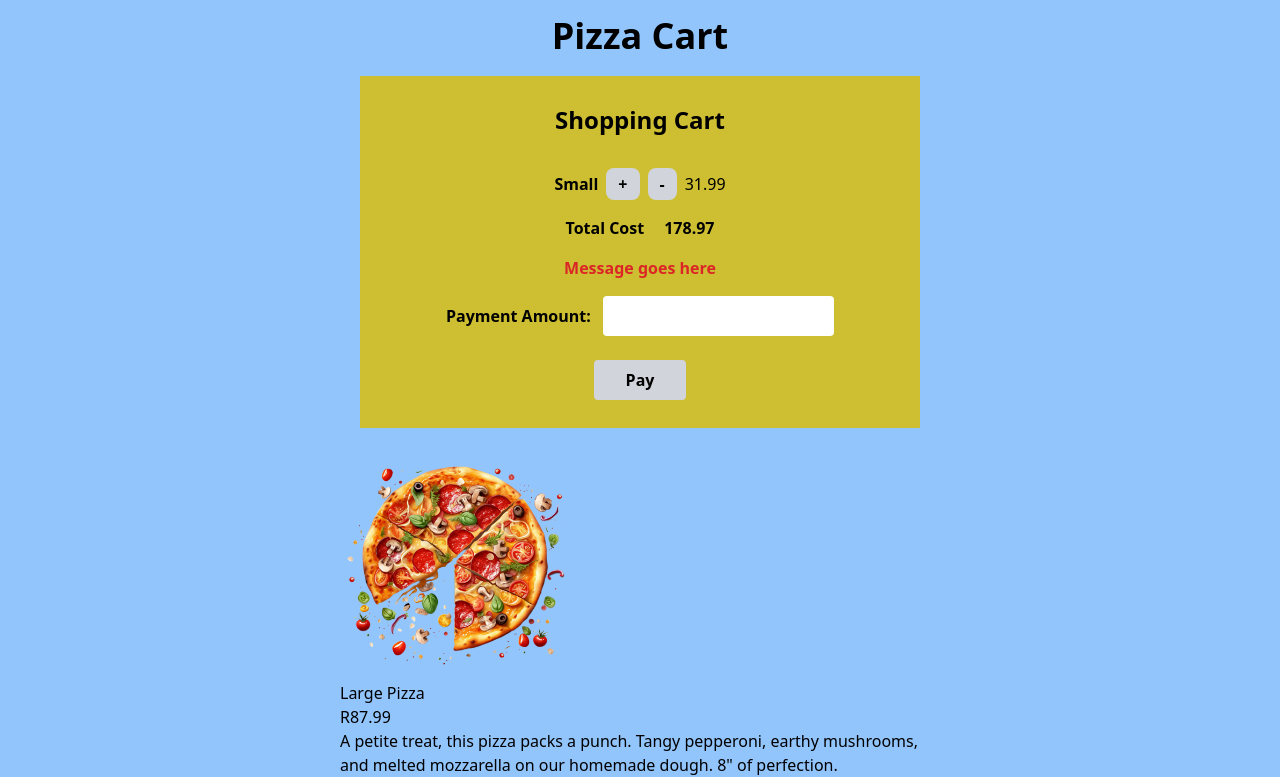
Repository: lasity34/pizza_cart
Page: index.html
An editor plug-in stored every save of this project. The page is shown before and after the next save, followed by the edit.
The browser window is 1280 px wide. The pictures show the whole page.
Some web libraries are served in a nearby version.

Above is the page before, as saved 2023-07-11 09:24:12.

### index.html
<!DOCTYPE html>
<html lang="en">
  <head>
    <meta charset="UTF-8" />
    <meta name="viewport" content="width=device-width, initial-scale=1.0" />
    <title>Pizza Cart</title>
    <script src="//unpkg.com/alpinejs" defer></script>
    <link
      href="https://cdn.jsdelivr.net/npm/tailwindcss@2.1.2/dist/tailwind.min.css"
      rel="stylesheet"
    />
    <link href="./style.css" rel="stylesheet" />
  </head>
  <body class="bg-blue-300">
    <section class="flex justify-center items-center">
      <h1 class="text-4xl pt-4 font-bold">Pizza Cart</h1>
    </section>
    <section
      class="shop-container m-5 p-7 flex justify-center items-center flex-col"
    >
      <h2 class="text-2xl mb-2 font-bold">Shopping Cart</h2>
      <div class="mt-6 flex flex-col items-center">
        <div class="flex items-center">
          <p class="font-bold mr-2">Small</p>
          <button
            class="bg-gray-300 hover:bg-gray-400 rounded-lg px-3 py-1 mr-2 font-bold"
          >
            +
          </button>
          <button
            class="bg-gray-300 hover:bg-gray-400 rounded-lg px-3 py-1 font-bold"
          >
            -
          </button>
          <p class="ml-2">31.99</p>
        </div>
        <div class="flex mt-4">
          <p class="font-bold">Total Cost</p>
          <p class="ml-5 font-bold">178.97</p>
        </div>
        <div class="mt-4">
          <p class="text-red-600 font-bold">Message goes here</p>
        </div>
        <div class="mt-4">
          <label class="font-bold">Payment Amount:</label>
          <input type="text" class="rounded ml-2 py-2" />
        </div>
        <div class="mt-6">
          <button
            class="bg-gray-300 hover:bg-gray-400 py-2 px-8 rounded font-bold"
          >
            Pay
          </button>
        </div>
      </div>
    </section>
    <section>
      <div class="pizza_lg">
        <img src="./pizza.png" />
        <h3>Large Pizza</h3>
        <h3>R87.99</h3>
        <p>
          A petite treat, this pizza packs a punch. Tangy pepperoni, earthy
          mushrooms, and melted mozzarella on our homemade dough. 8" of
          perfection.
        </p>
      </div>
    </section>
  </body>
</html>

### style.css

body {
    max-width: 600px;
    margin: 0 auto;
}

.shop-container {
    background-color: rgb(205, 190, 50);
}

After the next save:
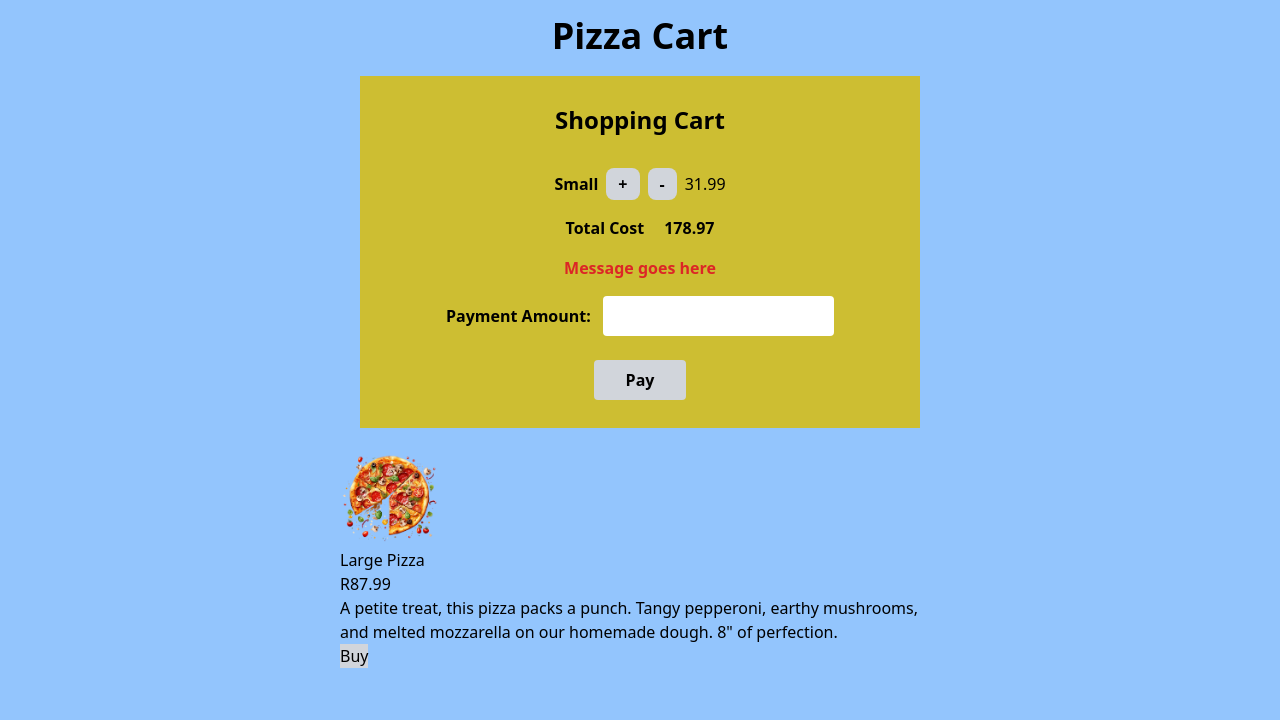
Saved 2 min 21 s later.
--- a/index.html
+++ b/index.html
@@ -55,8 +55,8 @@
       </div>
     </section>
     <section>
-      <div class="pizza_lg">
-        <img src="./pizza.png" />
+      <div class="pizza_lg" width="30%">
+        <img src="./pizza.png" width="100" />
         <h3>Large Pizza</h3>
         <h3>R87.99</h3>
         <p>
@@ -64,6 +64,7 @@
           mushrooms, and melted mozzarella on our homemade dough. 8" of
           perfection.
         </p>
+        <button class="bg-gray-300 py" >Buy</button>
       </div>
     </section>
   </body>
